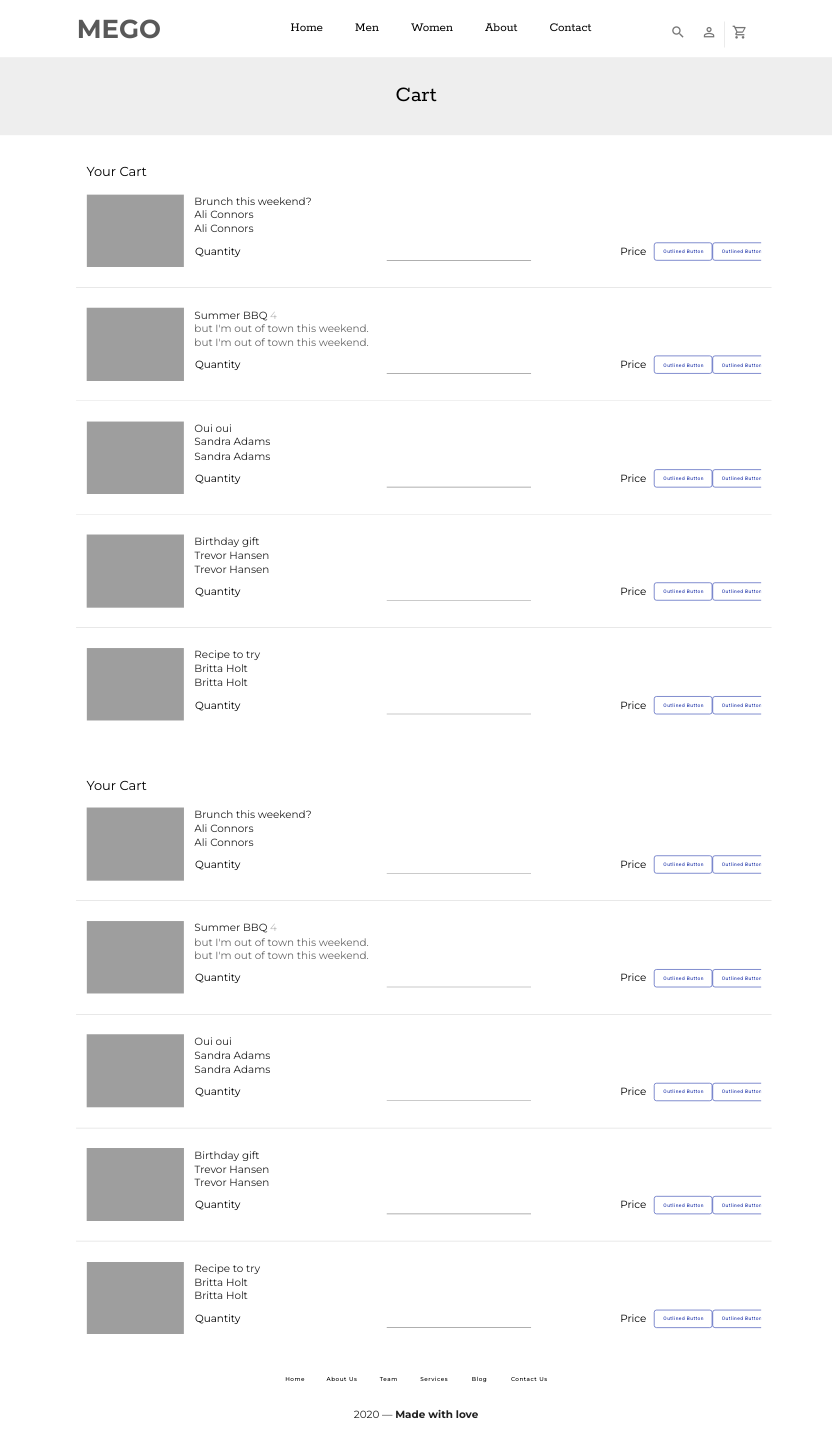
Repository: nguyenphuong152/mego-frontend
Page: /cart (app in frontend/)
An editor plug-in stored every save of this project. The page is shown before and after the next save, followed by the edit.
The browser window is 1280 px wide. The pictures show the whole page, at 65% of full size.
Pictures or frames that could not be fetched are drawn as grey boxes. The project was rebuilt for these pictures with package versions that can differ from the ones it lists, and the page was loaded fresh each time. Also part of the build but not shown: frontend/vue.config.js, frontend/src/components/Customer/Collection.vue, frontend/src/components/Customer/Banner.vue, frontend/src/components/Customer/BestSeller.vue, frontend/src/components/Customer/Partner.vue, frontend/src/views/Customer/Home.vue, frontend/src/components/Customer/ProductCategory.vue, frontend/src/components/Customer/ProductView.vue and 10 more. Imported but missing from the stored project, and not drawn on this page: frontend/src/views/Admin/Category.vue, frontend/src/views/Admin/ManageProduct.vue, frontend/src/views/Admin/ManageUser.vue, frontend/src/views/Admin/OrderList.vue.

Above is the page before, as saved 2020-11-26 16:56:35.

### frontend/public/index.html
<!DOCTYPE html>
<html lang="en">
  <head>
    <meta charset="utf-8">
    <head>
      <title>MEGO</title>
    </head>
    <meta http-equiv="X-UA-Compatible" content="IE=edge">
    <meta name="viewport" content="width=device-width,initial-scale=1.0">
    <link rel="icon" href="<%= BASE_URL %>favicon.ico">
    <title><%= htmlWebpackPlugin.options.title %></title>
    <link href="https://fonts.googleapis.com/css?family=Montserrat:300,400,500,600,700" rel="stylesheet">
    <link href="https://fonts.googleapis.com/css?family=Rokkitt:100,300,400,700" rel="stylesheet">
    <link rel="stylesheet" href="https://fonts.googleapis.com/css?family=Roboto:100,300,400,500,700,900">
    <link rel="stylesheet" href="https://cdn.jsdelivr.net/npm/@mdi/font@latest/css/materialdesignicons.min.css">
  </head>
  <body>
    <noscript>
      <strong>We're sorry but <%= htmlWebpackPlugin.options.title %> doesn't work properly without JavaScript enabled. Please enable it to continue.</strong>
    </noscript>
    <div id="app"></div>
    <!-- built files will be auto injected -->
  </body>
</html>

### frontend/src/main.js
import Vue from 'vue'
import App from './App.vue'
import vuetify from './plugins/vuetify';
import router from './router'
import '../sass/style.scss'
import 'bootstrap/dist/css/bootstrap.css'
import 'bootstrap-vue/dist/bootstrap-vue.css'
import { BootstrapVue, IconsPlugin } from 'bootstrap-vue'

Vue.use(BootstrapVue)
// Optionally install the BootstrapVue icon components plugin
Vue.use(IconsPlugin)
Vue.config.productionTip = false

new Vue({
  vuetify,
  router,
  render: h => h(App)
}).$mount('#app')

### frontend/src/App.vue
<template>
  <v-app app>
    <v-container v-if="!['Admin', 'Banner', 'Category','Product','ManageUser','OrderList','Dashboard'].includes($route.name)">
      <Toolbar />
    </v-container>
    <v-main>
      <router-view></router-view>
    </v-main>
      <Footer v-if="!['Admin', 'Banner', 'Category','Product','ManageUser','OrderList','Dashboard'].includes($route.name)"/>
  </v-app>

</template>

<script>

import Footer from "./components/Customer/Footer";
import Toolbar from "./components/Customer/Toolbar";

export default {
  name: "App",

  components: {
    Toolbar,
    Footer
  },

  data: () => ({
    //
  }),
};
</script>

### frontend/src/plugins/vuetify.js
import Vue from 'vue';
import Vuetify from 'vuetify/lib';


Vue.use(Vuetify);

const vuetify = new Vuetify({
    theme: {
      themes: {
        light: {
          primary: '#000',
          secondary: '#b0bec5',
          accent: '#8c9eff',
          error: '#b71c1c',
        },
      },
    },
  })

export default new Vuetify({
    vuetify,
});

### frontend/src/router/index.js
import Vue from "vue";
import VueRouter from "vue-router";
import Home from "../views/Customer/Home.vue";
import Men from "../views/Customer/Men.vue";
import Women from "../views/Customer/Women.vue";
import Admin from "../views/Admin/Admin.vue";
import Product from "../views/Admin/ManageProduct.vue";
import Banner from "../views/Admin/Banner.vue";
import Category from "../views/Admin/Category.vue";
import ManageUser from "../views/Admin/ManageUser.vue";
import OrderList from "../views/Admin/OrderList.vue";
import Dashboard from "../views/Admin/Dashboard.vue"
//import ProductDetail from "../views/ProductDetail.vue"

Vue.use(VueRouter);

const routes = [
  {
    path: "/",
    name: "Home",
    component: Home,
  },
  {
    path: "/men",
    name: "Men",
    component: Men,
  },
  {
    path: "/women",
    name: "Women",
    component: Women,
  },
  {
    path: "/about",
    name: "About",
    // route level code-splitting
    // this generates a separate chunk (about.[hash].js) for this route
    // which is lazy-loaded when the route is visited.
    component: () =>
      import(/* webpackChunkName: "about" */ "../views/Customer/About.vue"),
  },
  {
    path: "/contact",
    name: "Contact",
    component: () =>
      import(/* webpackChunkName: "about" */ "../views/Customer/Contact.vue"),
  },
  {
    path: "/cart",
    name: "Cart",
    component: () =>
      import(/* webpackChunkName: "about" */ "../views/Customer/Cart.vue"),
  },
  {
    path: "/account",
    name: "Account",
    component: () =>
      import(/* webpackChunkName: "about" */ "../views/Customer/Account.vue"),
  },
  {
    path: "/userlogin",
    name: "UserLogin",
    component: () =>
      import(/* webpackChunkName: "about" */ "../views/Customer/UserLogin.vue"),
  },
  {
    path: "/checkout",
    name: "Checkout",
    component: () =>
      import(/* webpackChunkName: "about" */ "../views/Customer/Checkout.vue"),
  },
  {
    path: "/product/:id",
    name: "ProductDetail",
    component: () =>
      import(/* webpackChunkName: "about" */ "../views/Customer/ProductDetail.vue"),
  },
  {
    path: "/admin",
    name: "Admin",
    component: Admin,
    children: [
      {
        path: "/banner",
        name: "Banner",
        component: Banner,
      },
      {
        path: "/category",
        name: "Category",
        component: Category,
      },
      {
        path: "/product",
        name: "Product",
        component: Product,
      },
      {
        path: "/manageuser",
        name: "ManageUser",
        component: ManageUser,
      },
      {
        path: "/orderlist",
        name: "OrderList",
        component: OrderList,
      },
      {
        path: "/dashboard",
        name: "Dashboard",
        component: Dashboard,
      },
    ],
  },
];

const router = new VueRouter({
  mode: "history",
  base: process.env.BASE_URL,
  routes,
});

export default router;

### frontend/sass/style.scss

$font-primary: 'Montserrat',
Arial,
sans-serif;
$font-secondary: 'Rokkitt',
Georgia,
serif;


@import '~vuetify/src/styles/styles.sass';

// Overrides
$grid-gutter-width: 20px !default;
$border-radius-base: 4px !default;
$padding-base-vertical: 14px !default;

$brand-primary: #616161 !default;
$brand-secondary: #88c8bc !default;
$brand-yellow: #FFDD00 !default;
$brand-footer-color: #2C2E3E;

$brand-white: #fff;
$brand-black: #000;
$brand-darker: #444;
$brand-gray: #ccc;
$brand-lighter: #e9e9e9;
$brand-body-color: #e8e8e8;
$brand-selection-color: #f9f6f0;
$brand-overlay-color: #4c4a8a;
$brand-bg-color: $brand-white;

.v-btn {
  text-transform:none !important;
}
// .v-text-field{
//   width: 50px;
//   height: 10px;
// }

#app {
  -webkit-font-smoothing: antialiased;
  -moz-osx-font-smoothing: grayscale;

  text-align: center;
  .container {
    max-width: 1100px;
  }
  font: 300
}

.nav {
  padding-left: 0px;
  a {
    font-size: 20px;
    color: lighten($brand-black,35%);
    font-family: $font-secondary;
    text-decoration: none;
    font-weight: 500;
    &.router-link-exact-active {
      color: #42b983;
    }

  }
}

#logo {
  font-size: 40px;
  font-weight: 700;
  font-family: $font-primary;
  color: lighten($brand-black, 35%);
}


.slogan {
  font-size: 50px;
  color: #2c3e50;
  font-family: $font-secondary;
  text-decoration: none;
}

.title-collection{
  @extend .slogan;
  font-size: 25px;
}


.slogan-3 {
  @extend .slogan;
  font-size: 35px;
}

.title-shoes {
  @extend .slogan;
  font-size: 20px;
}


.footer-text {
  font-family:$font-primary;
  font-size: 16px;
}

.admin {
  font-family: $font-primary;
  font-size:16px;
}

.admin-nav {
  font-family: $font-primary !important;
  font-size: 20px !important;
  color: white !important;
}

### frontend/src/components/Customer/Footer.vue
<template>
  <v-footer class="white" padless>
    <v-row justify="center" no-gutters>
      <v-btn
        v-for="link in links"
        :key="link"
        color="black"
        text
        rounded
        class="my-2 footer-text"
      >
        {{ link }}
      </v-btn>
      <v-col class="white py-4 text-center fluid footer-text" cols="12">
        {{ new Date().getFullYear() }} — <strong>Made with love</strong>
      </v-col>
    </v-row>
  </v-footer>
</template>

<script>
export default {
  data: () => ({
    links: ["Home", "About Us", "Team", "Services", "Blog", "Contact Us"],
  }),
};
</script>

<style></style>

### frontend/src/components/Customer/Toolbar.vue
<template>
  <v-toolbar flat>
    <v-row class="d-flex align-baseline">
      <v-col cols="3" class="d-flex justify-lg-start">
        <v-toolbar-title id="logo">MEGO</v-toolbar-title>
      </v-col>
      <v-col class="d-flex justify-space-around text-start nav">
        <router-link to="/">Home</router-link>
        <router-link to="/men">Men</router-link>
        <router-link to="/women">Women</router-link>
        <router-link to="/about">About</router-link>
        <router-link to="/contact">Contact</router-link>
      </v-col>
      <v-col cols="2" class="d-flex justify-end">
        <v-btn icon>
          <v-icon>mdi-magnify</v-icon>
        </v-btn>
        <v-menu
          open-on-hover
          top
          offset-y
          :position-x="960"
          :position-y="230"
          absolute
        >
          <template v-slot:activator="{ on, attrs }">
            <v-btn icon v-bind="attrs" v-on="on">
              <v-icon>mdi-account-outline</v-icon>
            </v-btn>
          </template>

          <v-list class="text-start nav">
            <v-list-item v-for="(item, index) in routes" :key="index" :to="item.path">
              <v-list-item-title>{{ item.name }}</v-list-item-title>
            </v-list-item>
          </v-list>
        </v-menu>
        <v-divider vertical inset></v-divider>
        <v-btn icon @click="goToCart">
          <v-icon>mdi-cart-outline</v-icon>
        </v-btn>
      </v-col>
    </v-row>
  </v-toolbar>
</template>

<script>
export default {
  data: () => ({
    routes: [
      {
        path:"/checkout",
        name:"Check Out"
       },
       {
        path:"/account",
        name:"My Account"
       },
       {
        path:"/userlogin",
        name:"User Login"
       },

    ],
  }),
  methods: {
     goToCart: function() {
     this.$router.push({name: 'Cart'})
     }
  }
};
</script>

<style></style>

### frontend/src/views/Customer/Cart.vue
<template>
  <div class="cart app">
   <v-sheet color="grey lighten-3" height="120">
      <v-container py-8>
        <a class="slogan-3">Cart</a>
      </v-container>
    </v-sheet>
     <div>
       <v-container>
 <v-row>
         <v-col>
<totalProducts/>
         </v-col>
   <v-col>
<totalProducts/>
         </v-col>
       </v-row>
       </v-container>

  </div>
  </div>
</template>

<script>

import totalProducts from '../../components/Customer/TotalProducts'


export default {
  components: {totalProducts},
   data () {

   }
}
</script>

### frontend/src/components/Customer/TotalProducts.vue
<template>
  <v-container class="app">
    <v-list three-line>
      <template v-for="(item, index) in items">
        <v-subheader
          class="admin-nav black--text"
          v-if="item.header"
          :key="item.header"
          v-text="item.header"
        ></v-subheader>

        <v-divider v-else-if="item.divider" :key="index"></v-divider>

        <v-list-item v-else :key="item.title">
          <v-img :src="item.avatar" max-height="150" max-width="150"></v-img>
          <v-list-item-content class="text-start ml-4">
            <v-list-item-title
              v-html="item.title"
              class="admin"
            ></v-list-item-title>
            <v-list-item-subtitle
              class="admin"
              v-html="item.subtitle"
            ></v-list-item-subtitle>
            <v-list-item-subtitle
              class="admin"
              v-html="item.subtitle"
            ></v-list-item-subtitle>
            <v-row class="pl-4 d-flex align-center">
              <v-col class="pa-0 admin " cols="4">
                <a>Quantity</a>
              </v-col>
              <v-col class="pa-0 admin" cols="3">
                <v-text-field single-line></v-text-field>
              </v-col>
              <v-col class="text-end admin">
                <a> Price</a>
              </v-col>
               <v-btn  small  outlined color="indigo">
              Outlined Button
            </v-btn>
            <v-btn small  outlined color="indigo">
              Outlined Button
            </v-btn>
            </v-row>

          </v-list-item-content>
        </v-list-item>
      </template>
    </v-list>
  </v-container>
</template>

<script>
export default {
  data: () => ({
    items: [
      { header: "Your Cart" },
      {
        avatar: "https://cdn.vuetifyjs.com/images/lists/1.jpg",
        title: "Brunch this weekend?",
        subtitle: `<span class="text--primary">Ali Connors</span>`,
      },
      { divider: true, inset: true },
      {
        avatar: "https://cdn.vuetifyjs.com/images/lists/2.jpg",
        title: 'Summer BBQ <span class="grey--text text--lighten-1">4</span>',
        subtitle: `but I'm out of town this weekend.`,
      },
      { divider: true, inset: true },
      {
        avatar: "https://cdn.vuetifyjs.com/images/lists/3.jpg",
        title: "Oui oui",
        subtitle: '<span class="text--primary">Sandra Adams</span> ',
      },
      { divider: true, inset: true },
      {
        avatar: "https://cdn.vuetifyjs.com/images/lists/4.jpg",
        title: "Birthday gift",
        subtitle: '<span class="text--primary">Trevor Hansen</span> ',
      },
      { divider: true, inset: true },
      {
        avatar: "https://cdn.vuetifyjs.com/images/lists/5.jpg",
        title: "Recipe to try",
        subtitle: '<span class="text--primary">Britta Holt</span>',
      },
    ],
    size: ["Foo", "Bar", "Fizz", "Buzz"],
  }),
};
</script>

<style></style>

After the next save:
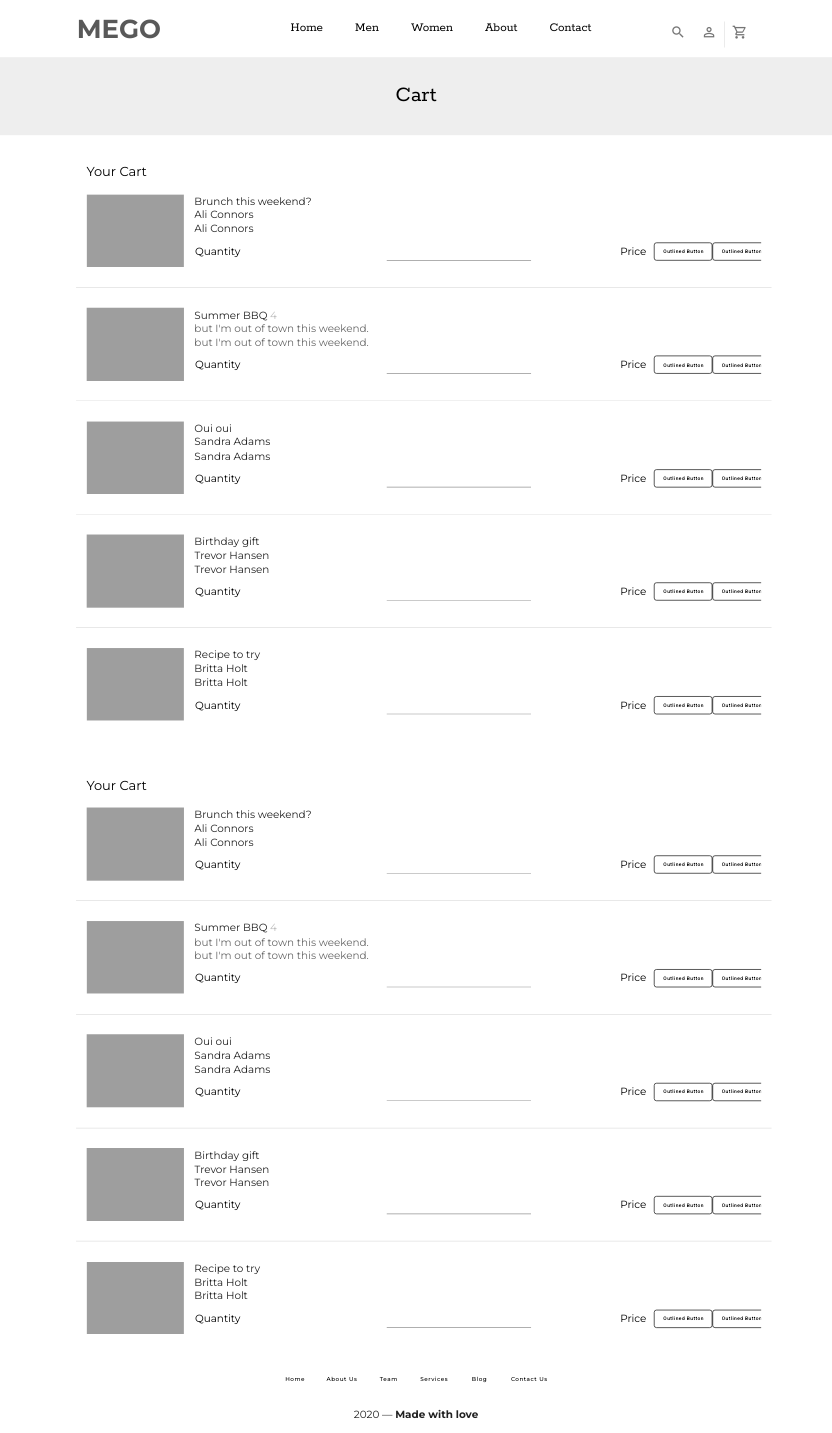
Saved 13 s later.
--- a/frontend/src/components/Customer/TotalProducts.vue
+++ b/frontend/src/components/Customer/TotalProducts.vue
@@ -36,10 +36,10 @@
               <v-col class="text-end admin">
                 <a> Price</a>
               </v-col>
-               <v-btn  small  outlined color="indigo">
+               <v-btn  small  outlined color="black">
               Outlined Button
             </v-btn>
-            <v-btn small  outlined color="indigo">
+            <v-btn small  outlined color="black">
               Outlined Button
             </v-btn>
             </v-row>
